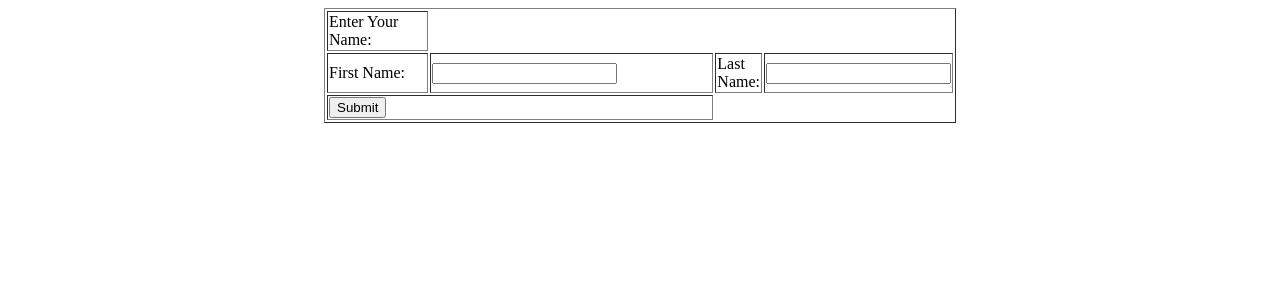
Repository: mayankk2202/Phase-2
Page: DemoServlet/src/main/webapp/Form.html
An editor plug-in stored every save of this project. The page is shown before and after the next save, followed by the edit.
The browser window is 1280 px wide. The pictures show the whole page.

Above is the page before, as saved 2021-06-27 12:53:32.

After the next save:
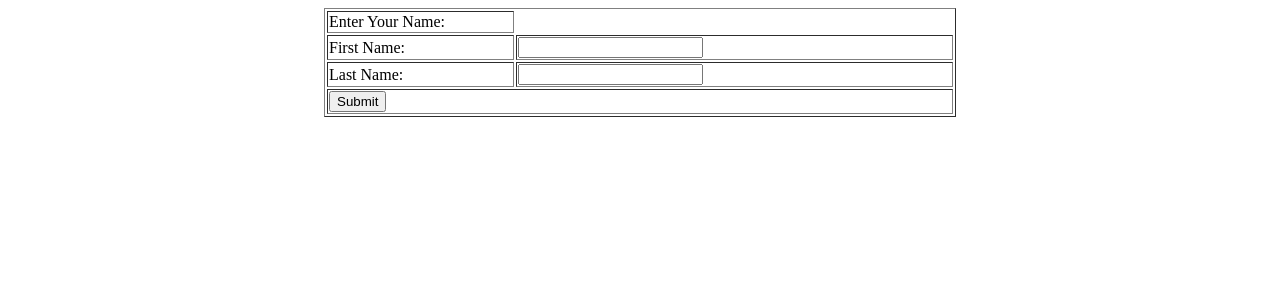
Saved 78 s later.
--- a/DemoServlet/src/main/webapp/Form.html
+++ b/DemoServlet/src/main/webapp/Form.html
@@ -14,6 +14,8 @@
 <tr>
 <td width="20%">First Name: </td>
 <td><input firstname="fname" id="fname" maxlength=100></td>
+</tr>
+<tr>
 <td width="20%">Last Name: </td>
 <td><input lastname="lname" id="lname" maxlength=100></td>
 <tr valign="top">
